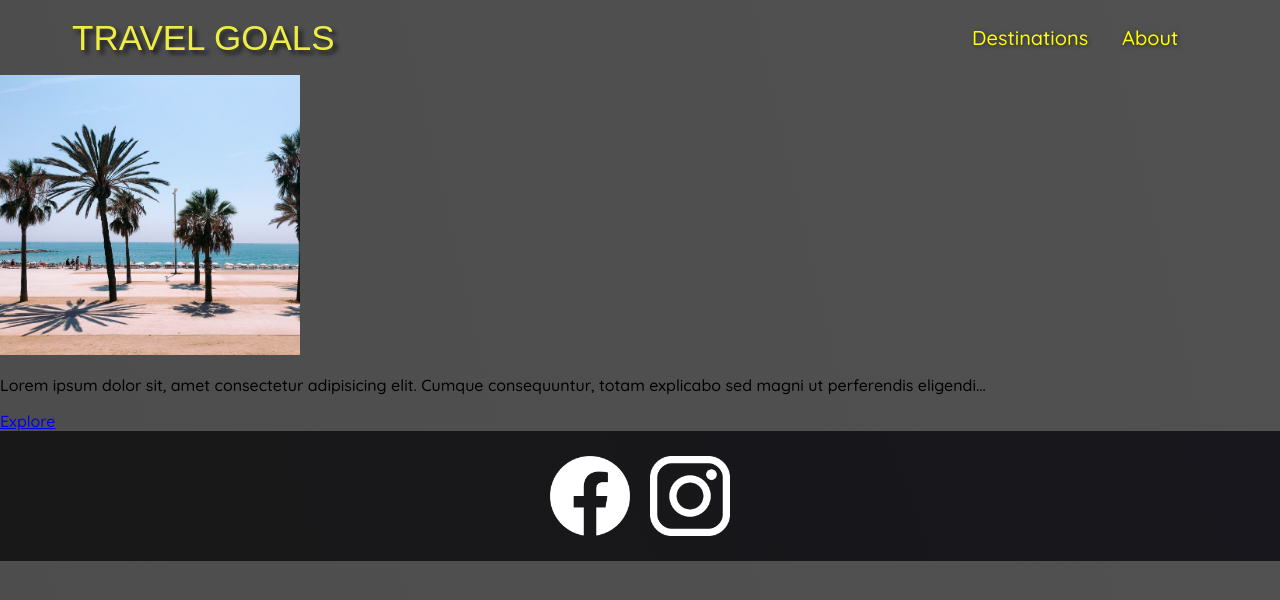
Repository: MicTomm/Travel-Goals
Page: places.html
The author's editor kept a copy of each file at every save. The page is drawn from the files as they stood at one save, then again after the next save.
The browser window is 1280 px wide. The pictures show the whole page.
Some web fonts or font styles are not loaded; a fallback is used.

Above is the page before, as saved 2023-06-08 20:11:24.

After the next save:
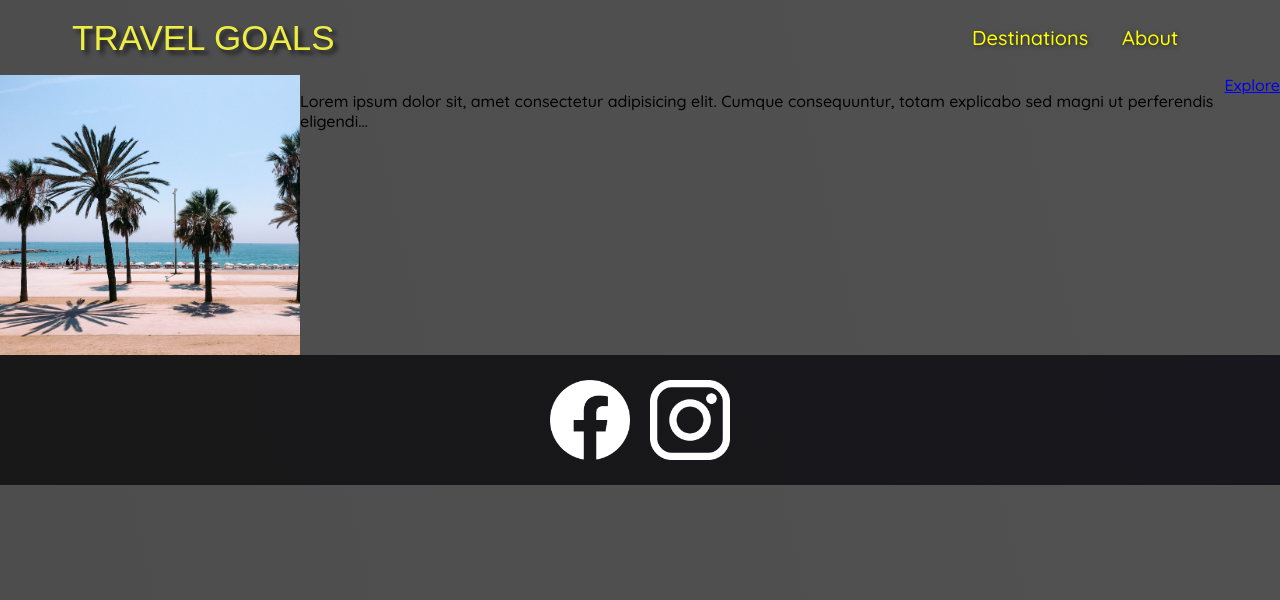
Saved 16 s later.
--- a/styles/places.css
+++ b/styles/places.css
@@ -9,6 +9,10 @@ header{
     position: static;
 }
 
+main li{
+    display: flex;
+}
+
 main li img{
     height: 280px;
     width: 300px;
